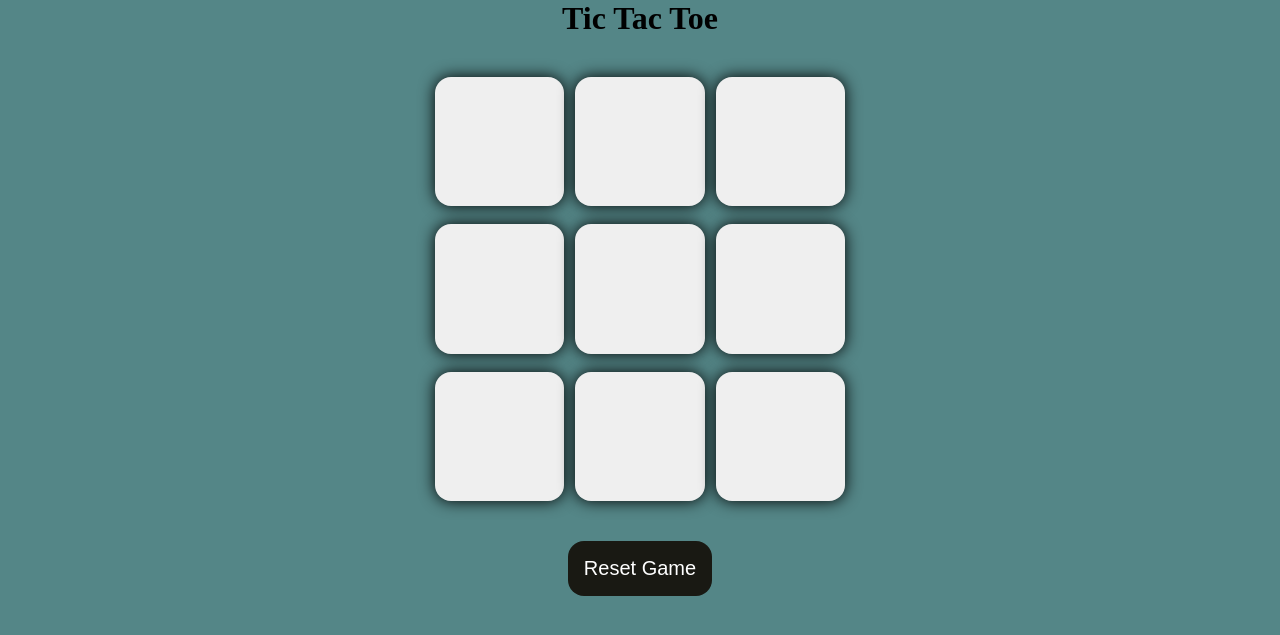
Repository: pankaj-shaw05/Tic-Tac-Toe
Page: index.html
These files come from the project's save history. The page is drawn as it stood at one moment and after the next save; the edit follows.
The browser window is 1280 px wide. The pictures show the whole page.

Above is the page before, as saved 2026-04-07 19:40:38.

After the next save:
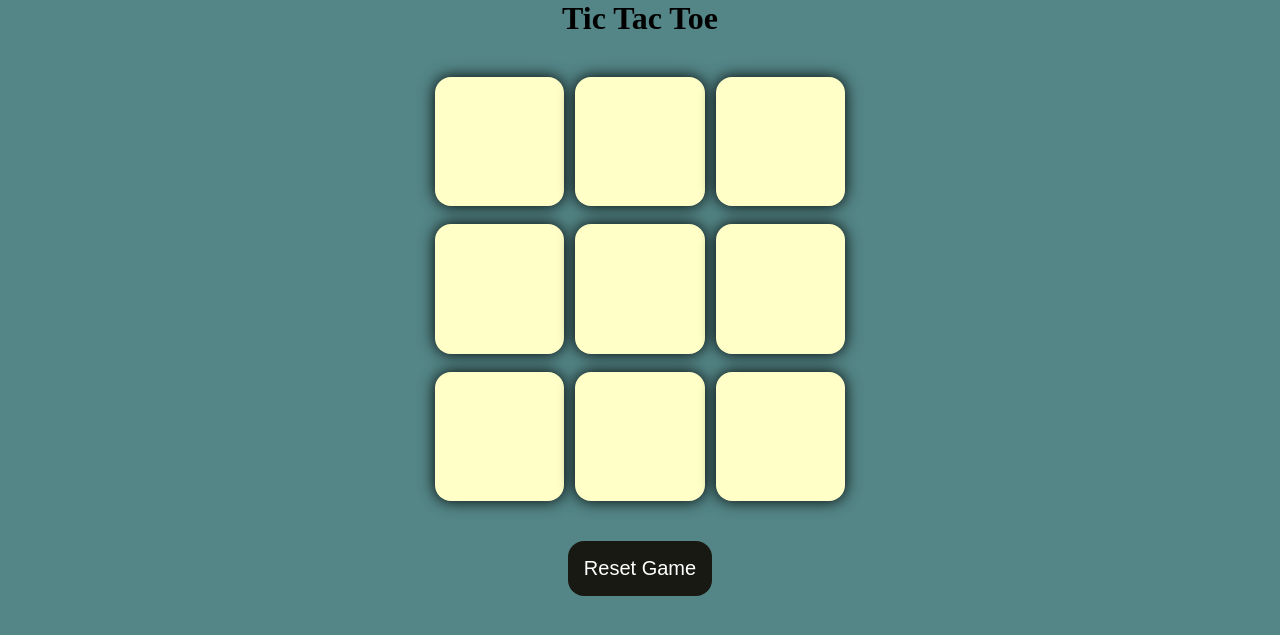
Saved 84 s later.
--- a/style.css
+++ b/style.css
@@ -34,6 +34,7 @@ body {
     box-shadow: 0 0 1rem rgba(0,0,0.3);
     font-size: 8vmin;
     color: #b0413e;
+    background-color: #ffffc7;
 }
 
 #reset-btn {
